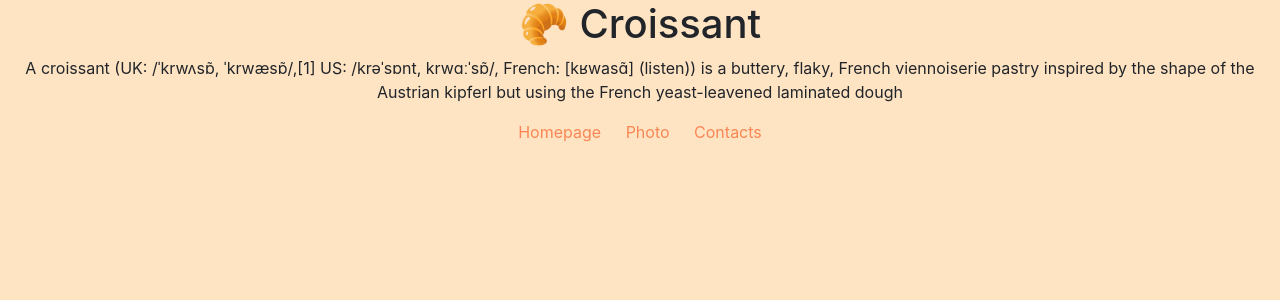
Repository: Bohoutdinova/Croissant
Page: index.html
The author's editor kept a copy of each file at every save. The page is drawn from the files as they stood at one save, then again after the next save.
The browser window is 1280 px wide. The pictures show the whole page.

Above is the page before, as saved 2022-08-08 18:05:41.

### index.html
<!DOCTYPE html>
<html lang="en">
  <head>
    <meta charset="UTF-8" />
    <meta http-equiv="X-UA-Compatible" content="IE=edge" />
    <meta name="viewport" content="width=device-width, initial-scale=1.0" />
    <title>Croissant</title>
    <link
      rel="stylesheet"
      href="https://cdn.jsdelivr.net/npm/bootstrap@4.3.1/dist/css/bootstrap.min.css"
      integrity="sha384-ggOyR0iXCbMQv3Xipma34MD+dH/1fQ784/j6cY/iJTQUOhcWr7x9JvoRxT2MZw1T"
      crossorigin="anonymous"
    />
    <link rel="stylesheet" href="/src/style.css" />
  </head>
  <body>
    <h1 class="header-main">🥐 Croissant</h1>
    <div class="main-info">
      <p>
        A croissant (UK: /ˈkrwʌsɒ̃, ˈkrwæsɒ̃/,[1] US: /krəˈsɒnt, krwɑːˈsɒ̃/,
        French: [kʁwasɑ̃] (listen)) is a buttery, flaky, French viennoiserie
        pastry inspired by the shape of the Austrian kipferl but using the
        French yeast-leavened laminated dough
      </p>
    </div>
    <div class="container">
      <a class="main-link" href="/index.html">Homepage</a>
      <a class="main-link" href="/photo.html">Photo</a>
      <a class="main-link" href="/contact.html">Contacts</a>
    </div>
  </body>
</html>

### src/style.css
body {
  background-color: bisque;
}
h1 {
  text-align: center;
}
p {
  text-align: center;
}
.container {
  text-align: center;
  margin: 10px auto;
}
.main-link {
  padding: 10px;
  color: #f98654;
}
img {
  border-radius: 10px;
  display: block;
  margin: 30px auto;
}

After the next save:
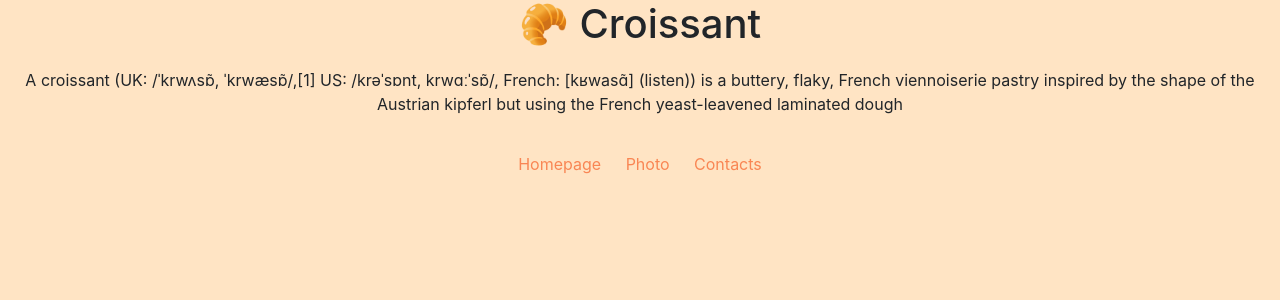
Saved 23 s later.
--- a/src/style.css
+++ b/src/style.css
@@ -20,3 +20,7 @@ img {
   display: block;
   margin: 30px auto;
 }
+.main-info {
+  padding: 10px;
+  margin: 10px;
+}
